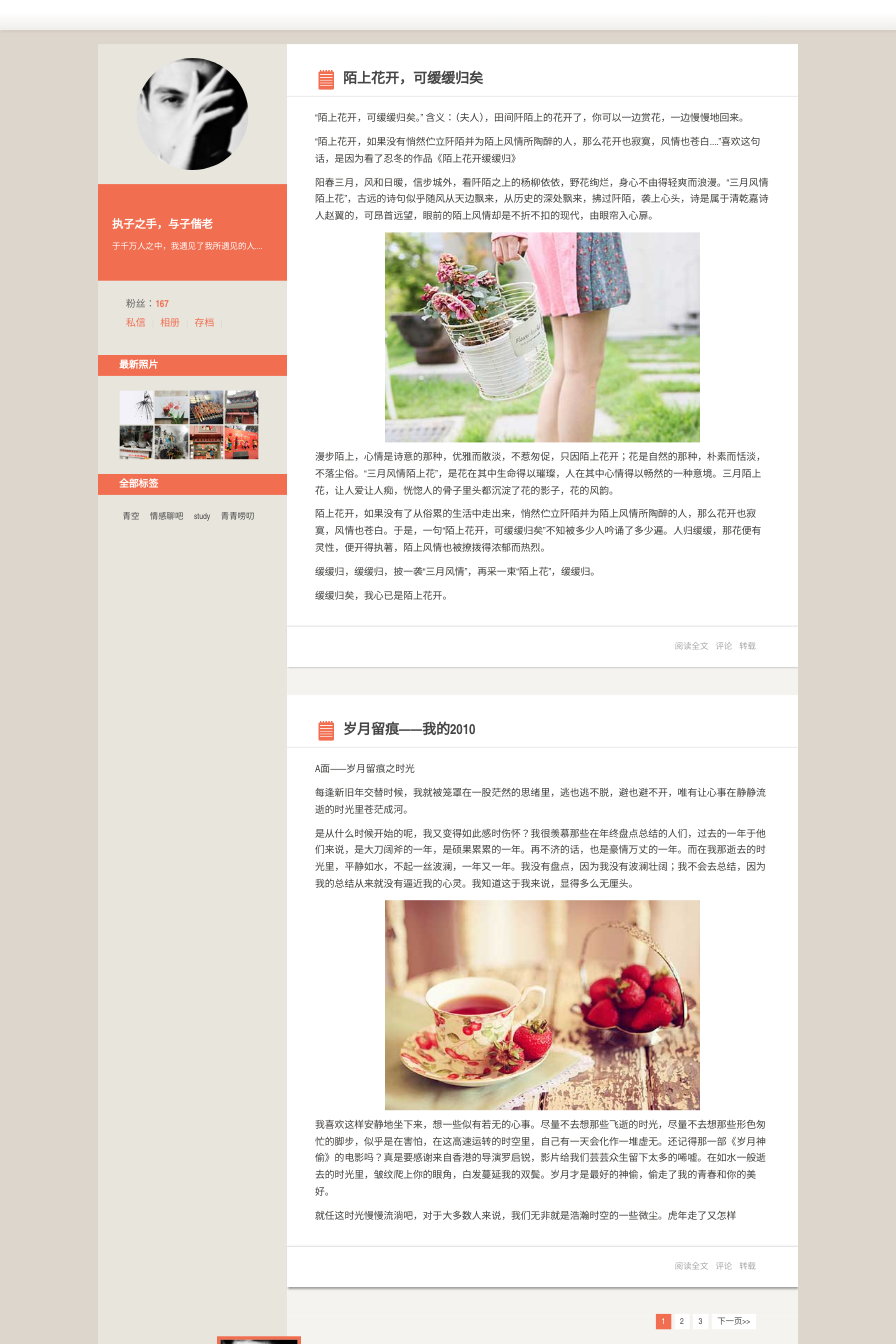
Repository: HuoChangguo/springBootTest
Page: spring-boot-demo/src/main/resources/static/pages/index.html
The author's editor kept a copy of each file at every save. The page is drawn from the files as they stood at one save, then again after the next save.
The browser window is 1280 px wide. The pictures show the part of the page from y = 0 to 1920 px (the page is 2315 px tall before and 3733 px after), at 70% of full size.

Above is the page before, as saved 2018-05-22 05:48:39.

### spring-boot-demo/src/main/resources/static/pages/index.html
<!doctype html>
<html>
<head>
<meta charset="gb2312">
<title>个人博客模板</title>
<meta name="keywords" content="个人博客模板" />
<meta name="description" content="个人博客模板" />
<link href="css/styles.css" rel="stylesheet">
<!--[if lt IE 9]>
<script src="js/modernizr.js"></script>
<![endif]-->
</head>
<body>
<header>

 </header>
 <div class="mainContent">
    <aside>
      <div class="avatar">
        <a href="#"><span>青轻飞扬</span></a>
      </div>
      <section class="topspaceinfo">
        <h1>执子之手，与子偕老</h1>
        <p>于千万人之中，我遇见了我所遇见的人....</p>
      </section>
      <div class="userinfo">
        <p class="q-fans"> 粉丝：<a href="#">167</a></p>
        <p class="btns"><a href="#" >私信</a><a href="#">相册</a><a href="#">存档</a></p>
      </div>
      <section class="newpic">
         <h2>最新照片</h2>
         <ul>
           <li><a href="#"><img src="images/01.jpg"></a></li>
           <li><a href="#"><img src="images/02.jpg"></a></li>
           <li><a href="#"><img src="images/03.jpg"></a></li>
           <li><a href="#"><img src="images/04.jpg"></a></li>
           <li><a href="#"><img src="images/05.jpg"></a></li>
           <li><a href="#"><img src="images/06.jpg"></a></li>
           <li><a href="#"><img src="images/07.jpg"></a></li>
           <li><a href="#"><img src="images/08.jpg"></a></li>
         </ul>
      </section>
      <section class="taglist">
         <h2>全部标签</h2>
         <ul>
           <li><a href="#">青空</a></li>
           <li><a href="#">情感聊吧</a></li>
           <li><a href="#">study</a></li>
           <li><a href="#">青青唠叨</a></li>
        </ul>
      </section>
    </aside>
    <div class="blogitem">
      <article>
        <h2 class="title"><a href="#">陌上花开，可缓缓归矣</a></h2>
        <ul class="text">
          <p>“陌上花开，可缓缓归矣。” 含义：（夫人），田间阡陌上的花开了，你可以一边赏花，一边慢慢地回来。</p>
          <p>“陌上花开，如果没有悄然伫立阡陌并为陌上风情所陶醉的人，那么花开也寂寞，风情也苍白....”喜欢这句话，是因为看了忍冬的作品《陌上花开缓缓归》</p>
          <p>阳春三月，风和日暖，信步城外，看阡陌之上的杨柳依依，野花绚烂，身心不由得轻爽而浪漫。“三月风情陌上花”，古远的诗句似乎随风从天边飘来，从历史的深处飘来，拂过阡陌，袭上心头，诗是属于清乾嘉诗人赵翼的，可昂首远望，眼前的陌上风情却是不折不扣的现代，由眼帘入心扉。</p>
          <p class="textimg"><img src="images/text02.jpg"></p>
          <p>漫步陌上，心情是诗意的那种，优雅而散淡，不惹匆促，只因陌上花开；花是自然的那种，朴素而恬淡，不落尘俗。“三月风情陌上花”，是花在其中生命得以璀璨，人在其中心情得以畅然的一种意境。三月陌上花，让人爱让人痴，恍惚人的骨子里头都沉淀了花的影子，花的风韵。</p>
          <p>陌上花开，如果没有了从俗累的生活中走出来，悄然伫立阡陌并为陌上风情所陶醉的人，那么花开也寂寞，风情也苍白。于是，一句“陌上花开，可缓缓归矣”不知被多少人吟诵了多少遍。人归缓缓，那花便有灵性，便开得执著，陌上风情也被撩拨得浓郁而热烈。</p>
          <p>缓缓归，缓缓归，披一袭“三月风情”，再采一束“陌上花”，缓缓归。</p>
          <p>缓缓归矣，我心已是陌上花开。</p>
        </ul>
        <div class="textfoot">
          <a href="#">阅读全文</a><a href="#">评论</a><a href="#">转载</a>
        </div>
      </article>
      <article>
        <h2 class="title"><a href="#">岁月留痕——我的2010</a></h2>
        <ul class="text">
          <p>A面——岁月留痕之时光</p>
          <p>每逢新旧年交替时候，我就被笼罩在一股茫然的思绪里，逃也逃不脱，避也避不开，唯有让心事在静静流逝的时光里苍茫成河。</p>
          <p>是从什么时候开始的呢，我又变得如此感时伤怀？我很羡慕那些在年终盘点总结的人们，过去的一年于他们来说，是大刀阔斧的一年，是硕果累累的一年。再不济的话，也是豪情万丈的一年。而在我那逝去的时光里，平静如水，不起一丝波澜，一年又一年。我没有盘点，因为我没有波澜壮阔；我不会去总结，因为我的总结从来就没有逼近我的心灵。我知道这于我来说，显得多么无厘头。</p>
          <p class="textimg"><img src="images/text01.jpg"></p>
          <p>我喜欢这样安静地坐下来，想一些似有若无的心事。尽量不去想那些飞逝的时光，尽量不去想那些形色匆忙的脚步，似乎是在害怕，在这高速运转的时空里，自己有一天会化作一堆虚无。还记得那一部《岁月神偷》的电影吗？真是要感谢来自香港的导演罗启锐，影片给我们芸芸众生留下太多的唏嘘。在如水一般逝去的时光里，皱纹爬上你的眼角，白发蔓延我的双鬓。岁月才是最好的神偷，偷走了我的青春和你的美好。</p>
          <p>就任这时光慢慢流淌吧，对于大多数人来说，我们无非就是浩瀚时空的一些微尘。虎年走了又怎样</p>
        </ul>
        <div class="textfoot">
          <a href="#">阅读全文</a><a href="#">评论</a><a href="#">转载</a>
        </div>
      </article>
      <div class="pages"><span>1</span><a href="#" hidefocus="">2</a><a href="#" hidefocus="">3</a><a href="#" class="next">下一页&gt;&gt;</a></div>
    </div>
 </div>
<footer>
   <div class="footavatar">
     <img src="images/photo.jpg" class="footphoto">
     <ul class="footinfo">
       <p class="fname"><a href="/dancesmile" >青轻飞扬</a>  </p>
       <p class="finfo">性别：女 年龄：25岁</p>
       <p>现居：四川成都</p></ul>
   </div>
   <section class="visitor">
     <h2>最近访客</h2>
      <ul>
        <li><a href="#"><img src="images/s0.jpg"></a></li>
        <li><a href="#"><img src="images/s1.jpg"></a></li>
        <li><a href="#"><img src="images/s2.jpg"></a></li>
        <li><a href="#"><img src="images/s3.jpg"></a></li>
        <li><a href="#"><img src="images/s5.jpg"></a></li>
        <li><a href="#"><img src="images/s6.jpg"></a></li>
        <li><a href="#"><img src="images/s7.jpg"></a></li>
        <li><a href="#"><img src="images/s8.jpg"></a></li>
      </ul>
   </section>
   <div class="Copyright">
     <ul>
       <a href="#">帮助中心</a><a href="#">空间客服</a><a href="#">投诉中心</a><a href="#">空间协议</a>
     </ul>
     <p>Design by DanceSmile</p>
   </div>
 </footer>
</body>
</html>

### spring-boot-demo/src/main/resources/static/pages/css/styles.css
@charset "gb2312";
/* CSS Document */
* { margin: 0; padding: 0 }
body { background: #DDD6CC; font: 12px "宋体", "Arial Narrow", HELVETICA; color: #3F3E3C; line-height: 1.5; }
img { border: 0; vertical-align: middle }
p { display: block; }
ul { list-style: none; }
a { color: #a6a6a6; text-decoration: none; transition: All 0.5s ease; -webkit-transition: All 0.5s ease; -moz-transition: All 0.5s ease; -o-transition: All 0.5s ease; }
a:hover { color: #000; }
.blank { height: 5px; overflow: hidden; width: 100%; margin: auto; clear: both }
/* nav */
header { width: 100%; height: 43px; background: -webkit-gradient(linear, 78% 100%, 78% 41%, from(#EFEEEC), to(#fff)); box-shadow: #D0C9C0 2px 2px 3px }
header nav { margin: 0 auto; width: 980px; text-align: center }
header nav ul li { line-height: 43px; display: block }
header nav ul li a { color: #484848; float: left; padding: 0 20px; margin-right: 2px; }
header nav ul li a:hover, #nav_current { color: #fff; background: #F16E50; transform: skew(-20deg); -webkit-transform: skew(-20deg); -moz-transform: skew(-20deg); -o-transform: skew(-20deg); }
/* mainContent */
.mainContent { background: #E8E5DD; width: 1000px; margin: 20px auto; overflow: hidden }
aside { width: 270px; float: left; }
.avatar { margin: 20px auto; width: 160px; height: 160px; border-radius: 160px; -moz-border-radius: 160px; -webkit-border-radius: 160px; overflow: hidden; }
.avatar a { display: block; padding-top: 97px; width: 160px; height: 63px; background: url(../images/photo.jpg) no-repeat; background-size: 160px 160px }
.avatar a span { display: block; margin-top: 63px; padding-top: 8px; width: 160px; height: 55px; text-align: center; font-size: 16px; line-height: 20px; color: #fff; background: rgba(0, 0, 0, .5); -webkit-transition: margin-top .2s ease-in-out; -moz-transition: margin-top .2s ease-in-out; -o-transition: margin-top .2s ease-in-out; transition: margin-top .2s ease-in-out; }
.avatar a:hover span { display: block; margin-top: 0; }
.topspaceinfo { background: #f16e50; padding: 40px 20px; color: #fff }
.topspaceinfo h1 { font-size: 16px; line-height: 40px }
.userinfo { padding: 20px 30px 30px; font-size: 14px; line-height: 28px; color: #666; }
.userinfo a { color: #f16e50; }
.userinfo a:hover { color: #000 }
.q-fans, .btns a { padding: 0 10px }
.q-fans a { font-weight: bold; }
.btns a { border-right: #dad9d5 1px solid; }
aside section { display: block; overflow: hidden }
aside section h2 { background: #f16e50; color: #FFF; padding-left: 30px; height: 30px; line-height: 30px; font-size: 14px; }
.newpic ul, .taglist ul { padding: 20px 30px; overflow: hidden }
.newpic ul li { display: inline; width: 48px; height: 48px; }
.newpic ul li img { width: 48px; height: 48px; border: 0; display: block; float: left; border: 1px solid transparent; }
.newpic ul li img:hover { opacity: 0.5 }
.taglist ul li a { padding: 2px 5px; display: inline-block; float: left; margin-right: 5px; color: #454545; }
.taglist ul li a:hover { background: #f16e50; color: #fff; -moz-border-radius: 5px; -webkit-border-radius: 5px; border-radius: 5px }
.blogitem { width: 730px; background: #fff; float: right }
.blogitem article { border-bottom: #F4F3EF 40px solid; }
.title { background: url(../images/titlebg.png) no-repeat 5% 80%; font-size: 20px; line-height: 28px; display: inline-block; padding: 38px 60px 8px 80px; border-bottom: 1px solid #e2e2e2; width: 100%; }
.title a { color: #454545; }
.title a:hover { padding: 20px }
.text { font-size: 14px; padding: 20px 40px; }
.text p { line-height: 24px; margin-bottom: 10px }
.textimg { text-align: center }
.textimg img { max-width: 500px; width:expression(document.body.clientWidth > 500? "500px": "auto" );}/*for ie6*/
.textfoot { padding: 20px 60px; border-top: 1px solid #dddcdb; text-align: right; box-shadow: #999 2px 2px 3px }
.textfoot a { margin-left: 10px; }
.pages { padding: 0 60px 25px; background: #F4F3EF; text-align: right }
.pages span { background: #f16e50; color: #fff; }
.pages a { background: #fff; color: #454545; padding: 5px 8px; border: none; margin: 0 0 0 5px; }
.pages span { padding: 5px 8px; border: none; margin: 0 0 0 5px; }
.pages a:hover { background: #CCC }
/* footer */
footer { border-top: 9px solid #f16e50; background: #242221; width: 100%; }
.footavatar { width: 700px; margin: auto; position: relative; color: #666; }
.footavatar img{ height:110px}
.footphoto { position: absolute; top: -58px; left: 20px; display: block; border: #F16E50 5px solid; }
.footinfo { display: block; padding: 0 0 0 160px }
.fname { color: #f16e50; margin-top: 16px; font-size: 18px; line-height: 28px; }
.fname a { color: #f16e50; }
.finfo { line-height: 22px; }
.visitor { width: 800px; margin: 40px auto 0; clear: both; border-top: 1px solid #32302e; padding-top: 40px; overflow: hidden; }
.visitor h2 { color: #fff; font-size: 14px; font-weight: normal; padding: 0 20px 0 }
.visitor ul { padding: 20px }
.visitor ul li img { width: 78px; height: 78px; display: block; border: #FFF 2px solid }
.visitor ul li a { float: left; margin-right: 10px }
.visitor ul li a:hover { opacity: 0.5 }
.Copyright { text-align: center; color: #959595; margin: 40px 0 0 }
.Copyright ul a { color: #f16e50; display: inline; padding: 0 10px; }
.Copyright ul a:nth-child(-n+3) { border-right: #999 1px solid }
.Copyright ul a:hover { color: #ff8b70; }

After the next save:
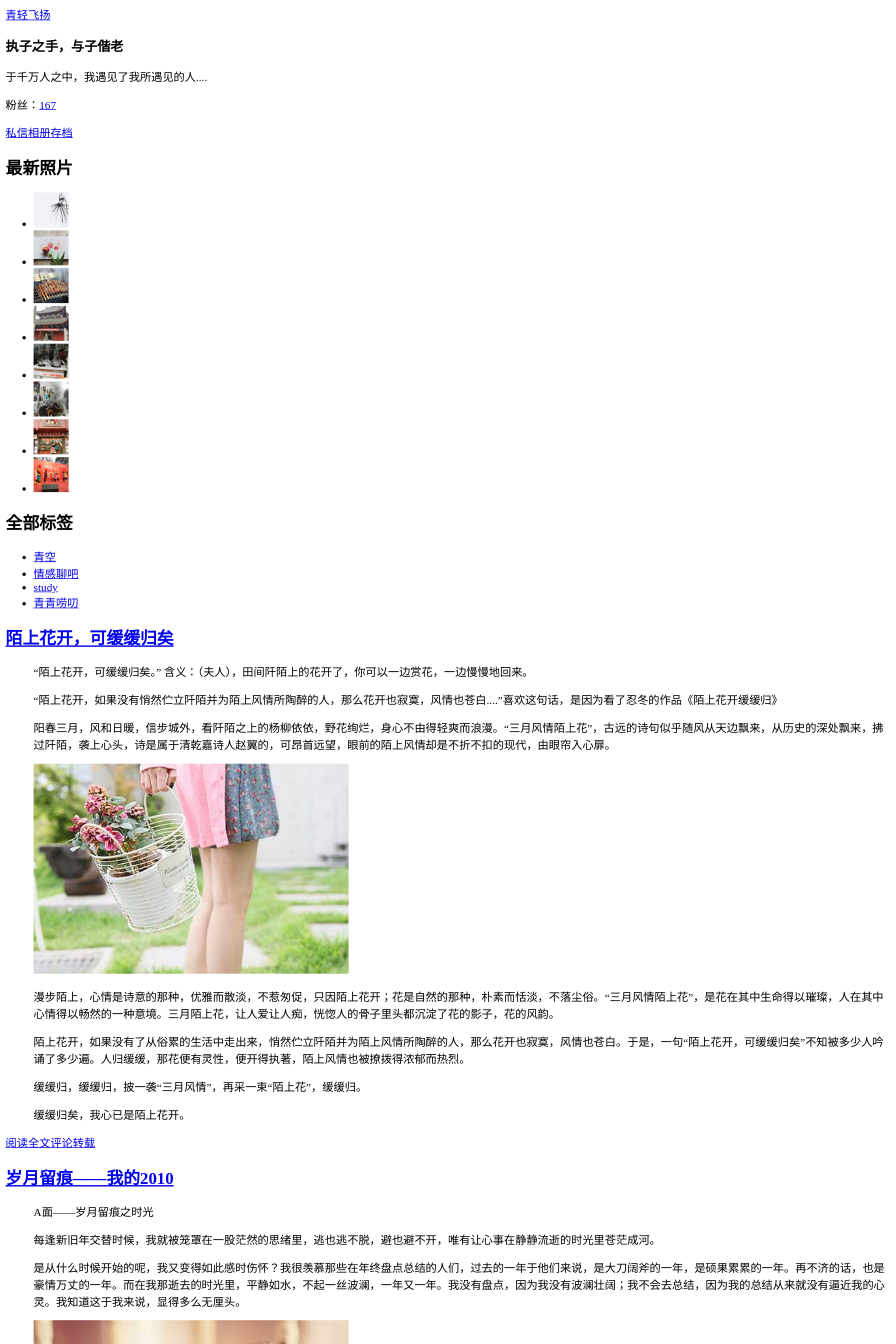
Not found: spring-boot-demo/src/main/resources/static/css/styles.css
Saved 5 min 7 s later.
--- a/spring-boot-demo/src/main/resources/static/pages/index.html
+++ b/spring-boot-demo/src/main/resources/static/pages/index.html
@@ -5,7 +5,7 @@
 <title>个人博客模板</title>
 <meta name="keywords" content="个人博客模板" />
 <meta name="description" content="个人博客模板" />
-<link href="css/styles.css" rel="stylesheet">
+<link href="/css/styles.css" rel="stylesheet">
 <!--[if lt IE 9]>
 <script src="js/modernizr.js"></script>
 <![endif]-->

After the save that followed:
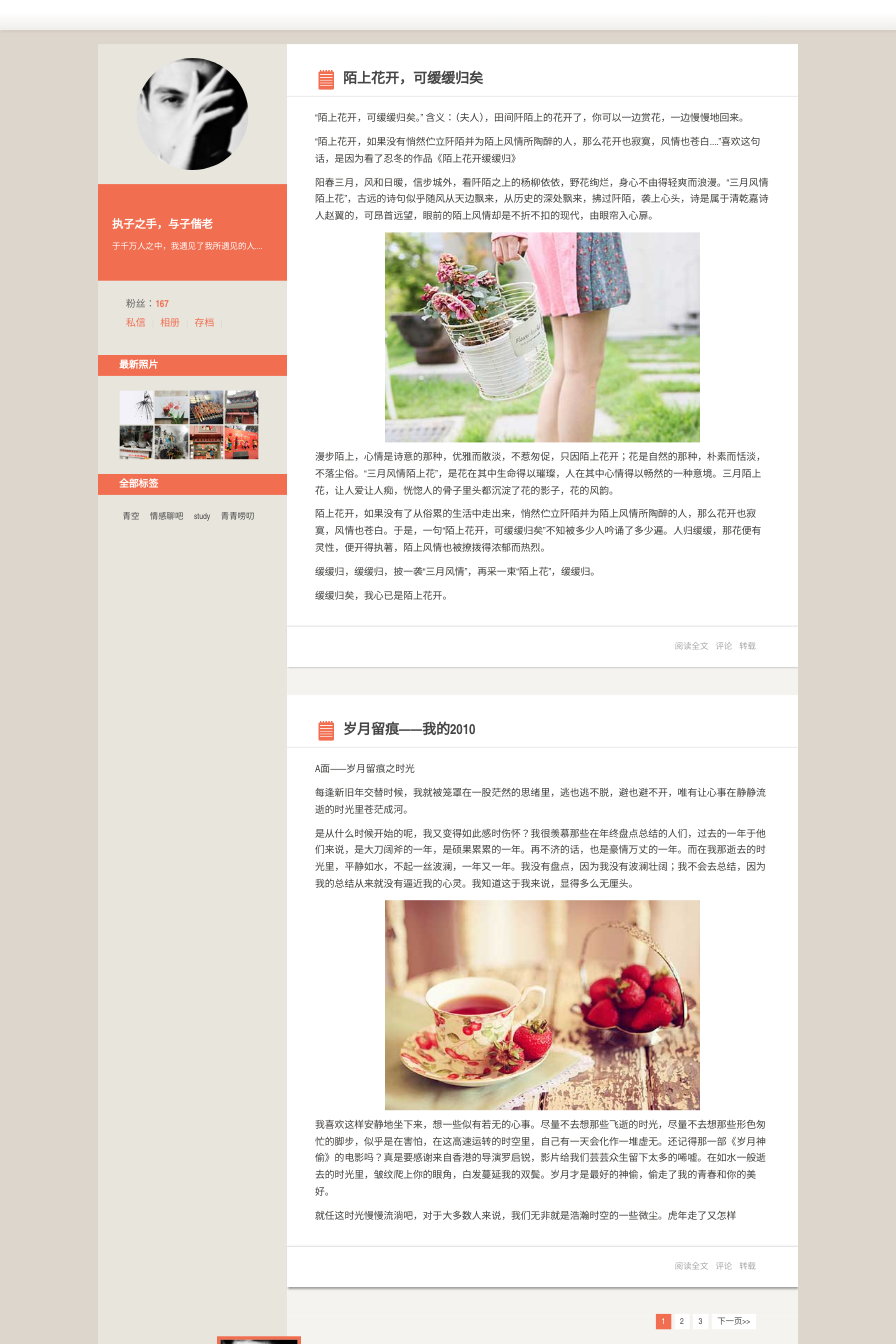
Saved 15 s later.
--- a/spring-boot-demo/src/main/resources/static/pages/index.html
+++ b/spring-boot-demo/src/main/resources/static/pages/index.html
@@ -5,7 +5,7 @@
 <title>个人博客模板</title>
 <meta name="keywords" content="个人博客模板" />
 <meta name="description" content="个人博客模板" />
-<link href="/css/styles.css" rel="stylesheet">
+<link href="pages/css/styles.css" rel="stylesheet">
 <!--[if lt IE 9]>
 <script src="js/modernizr.js"></script>
 <![endif]-->
